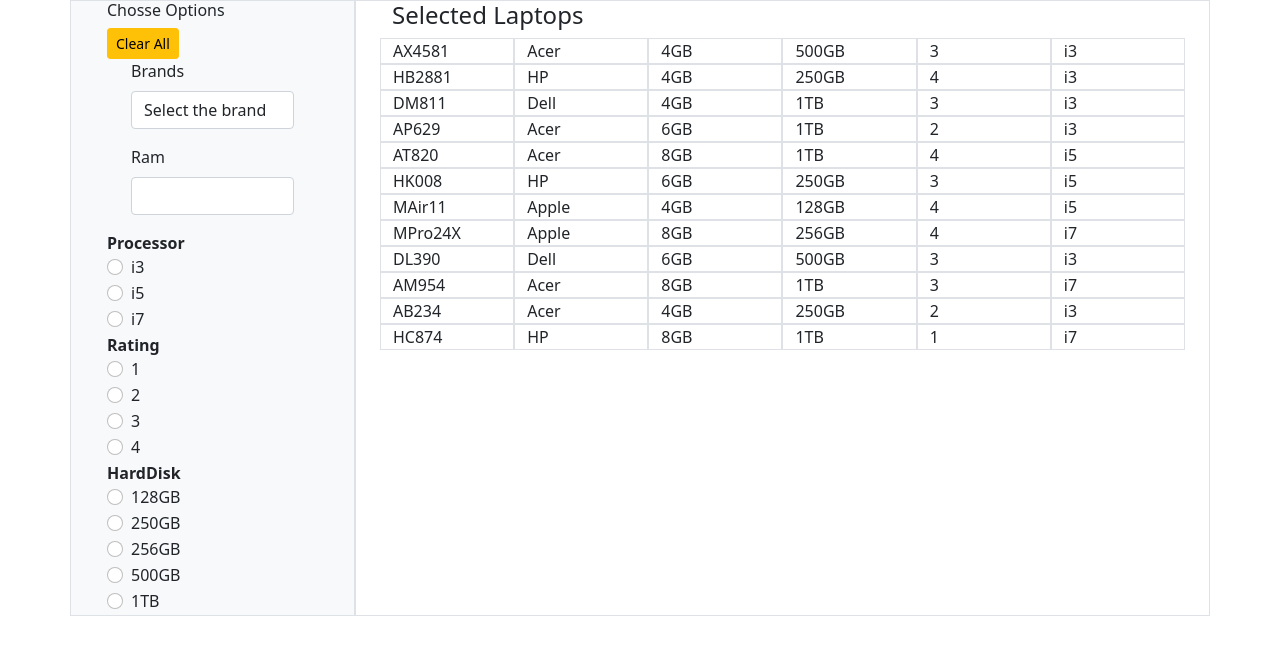
Repository: Sanjayjangra88/combo_app
Page: /
The author's editor kept a copy of each file at every save. The page is drawn from the files as they stood at one save, then again after the next save.
The browser window is 1280 px wide. The pictures show the whole page.
Some web libraries are served in a nearby version. The project was rebuilt for these pictures with package versions that can differ from the ones it lists, and the page was loaded fresh each time. Also part of the build but not shown: src/App.js.

Above is the page before, as saved 2022-06-03 16:25:25.

### public/index.html
<!DOCTYPE html>
<html lang="en">
  <head>
    <meta charset "UTF-8" />
    <link rel="icon" href="%PUBLIC_URL%/favicon.ico" />
    <meta name="viewport" content="width=device-width, initial-scale=1" />
    <meta name="theme-color" content="#000000" />
    <meta
      name="description"
      content="Web site created using create-react-app"
    />
    <link rel="apple-touch-icon" href="%PUBLIC_URL%/logo192.png" />
    <!--
      manifest.json provides metadata used when your web app is installed on a
      user's mobile device or desktop. See https://developers.google.com/web/fundamentals/web-app-manifest/
    -->
    <link rel="manifest" href="%PUBLIC_URL%/manifest.json" />
    <link href="https://cdn.jsdelivr.net/npm/bootstrap@5.0.2/dist/css/bootstrap.min.css" rel="stylesheet" integrity="sha384-EVSTQN3/azprG1Anm3QDgpJLIm9Nao0Yz1ztcQTwFspd3yD65VohhpuuCOmLASjC" crossorigin="anonymous">
    <!--
      Notice the use of %PUBLIC_URL% in the tags above.
      It will be replaced with the URL of the `public` folder during the build.
      Only files inside the `public` folder can be referenced from the HTML.

      Unlike "/favicon.ico" or "favicon.ico", "%PUBLIC_URL%/favicon.ico" will
      work correctly both with client-side routing and a non-root public URL.
      Learn how to configure a non-root public URL by running `npm run build`.
    -->
    <!-- Bootstrap CSS -->
    <link rel="stylesheet" href="https://cdn.jsdelivr.net/npm/bootstrap@4.0.0/dist/css/bootstrap.min.css" integrity="sha384-Gn5384xqQ1aoWXA+058RXPxPg6fy4IWvTNh0E263XmFcJlSAwiGgFAW/dAiS6JXm" crossorigin="anonymous">

    <title>React App</title>
  </head>
  <body>
    <noscript>You need to enable JavaScript to run this app.</noscript>
    <div id="root"></div>
    <script src="https://kit.fontawesome.com/9e06ebf41f.js" crossorigin="anonymous"></script>
    <!--
      This HTML file is a template.
      If you open it directly in the browser, you will see an empty page.

      You can add webfonts, meta tags, or analytics to this file.
      The build step will place the bundled scripts into the <body> tag.

      To begin the development, run `npm start` or `yarn start`.
      To create a production bundle, use `npm run build` or `yarn build`.
    -->
    <script src="https://code.jquery.com/jquery-3.2.1.slim.min.js" integrity="sha384-KJ3o2DKtIkvYIK3UENzmM7KCkRr/rE9/Qpg6aAZGJwFDMVNA/GpGFF93hXpG5KkN" crossorigin="anonymous"></script>
    <script src="https://cdn.jsdelivr.net/npm/popper.js@1.12.9/dist/umd/popper.min.js" integrity="sha384-ApNbgh9B+Y1QKtv3Rn7W3mgPxhU9K/ScQsAP7hUibX39j7fakFPskvXusvfa0b4Q" crossorigin="anonymous"></script>
    <script src="https://cdn.jsdelivr.net/npm/bootstrap@4.0.0/dist/js/bootstrap.min.js" integrity="sha384-JZR6Spejh4U02d8jOt6vLEHfe/JQGiRRSQQxSfFWpi1MquVdAyjUar5+76PVCmYl" crossorigin="anonymous"></script>
  </body>
</html>

### src/index.js
import React from 'react';
import ReactDOM from 'react-dom';
import './index.css';
import App from './App';
import reportWebVitals from './reportWebVitals';
import 'bootstrap/dist/css/bootstrap.min.css';

import DropDown4 from './Components/dropDown4';

ReactDOM.render(
  <React.StrictMode>
    <DropDown4/>
  </React.StrictMode>,
  document.getElementById('root')
);

// If you want to start measuring performance in your app, pass a function
// to log results (for example: reportWebVitals(console.log))
// or send to an analytics endpoint. Learn more: https://bit.ly/CRA-vitals
reportWebVitals();

### src/Components/dropDown4.jsx
import React, { Component } from 'react'
import LeftPanel from './leftPanel'

export class dropDown4 extends Component {
    state={
        laptops:[
            {model:"AX4581",brand:"Acer",ram:"4GB",hardDisk:"500GB",rating:"3",processor:"i3"},
            {model:"HB2881",brand:"HP",ram:"4GB",hardDisk:"250GB",rating:"4",processor:"i3"},
            {model:"DM811",brand:"Dell",ram:"4GB",hardDisk:"1TB",rating:"3",processor:"i3"},
            {model:"AP629",brand:"Acer",ram:"6GB",hardDisk:"1TB",rating:"2",processor:"i3"},
            {model:"AT820",brand:"Acer",ram:"8GB",hardDisk:"1TB",rating:"4",processor:"i5"},
            {model:"HK008",brand:"HP",ram:"6GB",hardDisk:"250GB",rating:"3",processor:"i5"},
            {model:"MAir11",brand:"Apple",ram:"4GB",hardDisk:"128GB",rating:"4",processor:"i5"},
            {model:"MPro24X",brand:"Apple",ram:"8GB",hardDisk:"256GB",rating:"4",processor:"i7"},
            {model:"DL390",brand:"Dell",ram:"6GB",hardDisk:"500GB",rating:"3",processor:"i3"},
            {model:"AM954",brand:"Acer",ram:"8GB",hardDisk:"1TB",rating:"3",processor:"i7"},
            {model:"AB234",brand:"Acer",ram:"4GB",hardDisk:"250GB",rating:"2",processor:"i3"},
            {model:"HC874",brand:"HP",ram:"8GB",hardDisk:"1TB",rating:"1",processor:"i7"},
            ],
            optionArry:{
                brand:["Acer","HP","Dell","Apple"],
                ram:["4GB","6GB","8GB"],
                rating:["1","2","3","4"],
                processor:["i3","i5","i7"],
                hardDisk: ["128GB","250GB","256GB","500GB","1TB"]
            },
                optionSell:{
                    brand:[],
                    ram:[],
                    rating:"",
                    processor:"",
                    hardDisk:"",

                }

    }
    showLaptops=()=>{
        let s1={...this.state};
        const{laptops,optionSell}=this.state;
        const{brand,ram,processor,rating,hardDisk}=optionSell;
        const laptop1 =
        brand.length > 0
         ? laptops.filter((ele) => ele.brand===brand )
         : laptops;

        const laptop2 =
         ram.length>0
         ? laptop1.filter((ele)=>ele.ram===ram)
         : laptop1;

        const laptop3 =
         processor.length>0
         ? laptop2.filter((ele)=>ele.processor===processor)
         : laptop2;

        const laptop4 =
         rating.length>0
         ? laptop3.filter((ele)=>ele.rating === rating)
         : laptop3;
        const laptop5 =
         hardDisk.length>0
         ? laptop4.filter((ele)=>ele.hardDisk === hardDisk)
         : laptop4;

        return(
            <div className="container">
                <h4>Selected Laptops</h4>
                {laptop5.map((ele)=>(
                    <div className="row">
                        <div className="col-2 border">{ele.model}</div>
                        <div className="col-2 border">{ele.brand}</div>
                        <div className="col-2 border">{ele.ram}</div>
                        <div className="col-2 border">{ele.hardDisk}</div>
                        <div className="col-2 border">{ele.rating}</div>
                        <div className="col-2 border">{ele.processor}</div>
                    </div>
                ))}
            </div>
        );
         }
    remove=()=>{
     let s1={...this.state};
     s1.optionSell= {
        brand:[],
        ram:[],
        rating:"",
        processor:"",
        hardDisk:"",
    }
    this.setState(s1)
    }
    handelChangeOptions=(optionSell)=>{
        let s1={...this.state};
        s1.optionSell= optionSell
        this.setState(s1)
     }
  render() {
      const{optionArry,optionSell}=this.state;
      const{brand,ram}=optionSell;
    //   console.log(brand);
    return (
      <div className='container'>
          <div className="row">
              <div className="col-3 border bg-light">
                  <LeftPanel optionArry={optionArry}optionSell={optionSell}onChangeOptions={this.handelChangeOptions}remove={this.remove}brand={brand}ram={ram}/>
              </div>
              <div className="col-9 border">{this.showLaptops()}</div>
          </div>
      </div>
    )
  }
}

export default dropDown4

### src/App.css
*{
  margin: 0;
  padding: 0;
}
.slidebar{
  position: absolute;
  background-color: rgb(168, 165, 165);
  height: 100vh;
  width: 30vh;
  margin-right: 5px;
  transition: transform 0.3s ease-in;


}
.slidebar  li a{
  text-decoration: none;
  color:white;
}
.slidebar  li{
  list-style: none;
  font-size: 20px;
  padding: 13px 0;
  color:white;
}
.box{
  margin-left: 32vh;
}
div.d-flex.justify-content-between{
  margin-left: 30vh;
}

.th1{
  background-color: black;
  color: white;
  border: 1px solid black;
  text-align: center;
  padding-left: 15px;
  padding-right: 15px;
}
.col1 {
  border: 1px solid black;
  text-align: center;
  padding-left: 15px;
  padding-right: 15px;
}

### src/Components/leftPanel.jsx
import React, { Component } from 'react'

export class leftPanel extends Component {

  render() {
      const{optionArry,optionSell,remove,brand,ram}=this.props;
      console.log(brand);

    //   console.log(optionSell)
    return (
      <div className='container'>
          <h6>Chosse Options</h6>
          <button className="btn btn-warning btn-sm" onClick={remove}>Clear All</button><br/>
          <div className="container">
         <div className="form-group">
         <label>Brands</label>
         <select className="form-control"name="brand"id="brand"value={brand}onChange={this.handelChange}>
        <option disabled value="">Select the brand</option>
        {optionArry.brand.map((ele)=><option>{ele}</option>)}
          </select>
          </div>
              </div>
       {/* {this.showCheckBoxes("Brands",optionArry.brand,"brand",optionSell.brand)} */}
          {this.showDrop("Ram",optionArry.ram,"ram",ram)}
          {this.showRadios("Processor",optionArry.processor,"processor",optionSell.processor)}
          {this.showRadios("Rating",optionArry.rating,"rating",optionSell.rating)}
          {this.showRadios("HardDisk",optionArry.hardDisk,"hardDisk",optionSell.hardDisk)}
      </div>
    )
  }
  handelChange=(e)=>{
      let s1={ ...this.props.optionSell };
      let s2={ ...this.props.brand };
      const{ currentTarget: input }=e;
    //   input.name==="brand"
    //   ? (s1.brand = this.upDateCBs(input.checked,input.value,s1.brand))
    //   :
    //     input.name === "ram"
    //   ? (s1.ram = this.upDateCBs(input.checked,input.value,s1.ram))
    //   :
    (s1[input.name] = input.value);
      this.props.onChangeOptions(s1);
  }
  upDateCBs=(checked,value,arr)=>{
      if(checked) arr.push(value)
      else{
          let index = arr.findIndex((ele)=>ele===value);
          if(index>=0) arr.splice(index,1);
      }
      return arr;

  }
  showCheckBoxes=(label,arr,name,selArr)=>{
      return(
          <React.Fragment>
              <label className='form-check-label font-weight-bold'>{label}</label>
              {arr.map((ele,index)=>(
                  <div className="form-check">
                      <input
                       className='form-check-input'
                       value={ele}
                       type="checkbox"
                       name={name}
                       checked={selArr.findIndex((st)=>st===ele)>=0}
                       onChange={this.handelChange}
                      />
                      <label className='form-check-label'>{ele}</label>
                  </div>
              ))}
          </React.Fragment>
      )
  }
  showRadios=(label,arr,name,selVal)=>{
      return(
          <React.Fragment>
                 <label className="form-check-label font-weight-bold">{label}</label><br/>
                {arr.map((ele)=>(
                     <div className="form-check ">
                     <input
                     className="form-check-input"
                     type="radio"
                     name={name}
                     value={ele}
                     checked={selVal===ele}
                     onChange={this.handelChange}/>
                     <label className="form-check-label">{ele}</label>
                 </div>
                ))}
          </React.Fragment>
      )
  }
  showDrop=(label,arr,name,ram)=>{
      return(
          <React.Fragment>
          <div className="container">
         <div className="form-group">
         <label>{label}</label>
         <select className="form-control"name={name}value={ram}onChange={this.handelChange}>
        <option disabled value="">{ram}</option>
        {arr.map((ele)=><option>{ele}</option>)}
          </select>
          </div>
              </div>

          </React.Fragment>
      )
  }

}

export default leftPanel

Loaded but not shown: src/index.css (common file); src/reportWebVitals.js (common file)

After the next save:
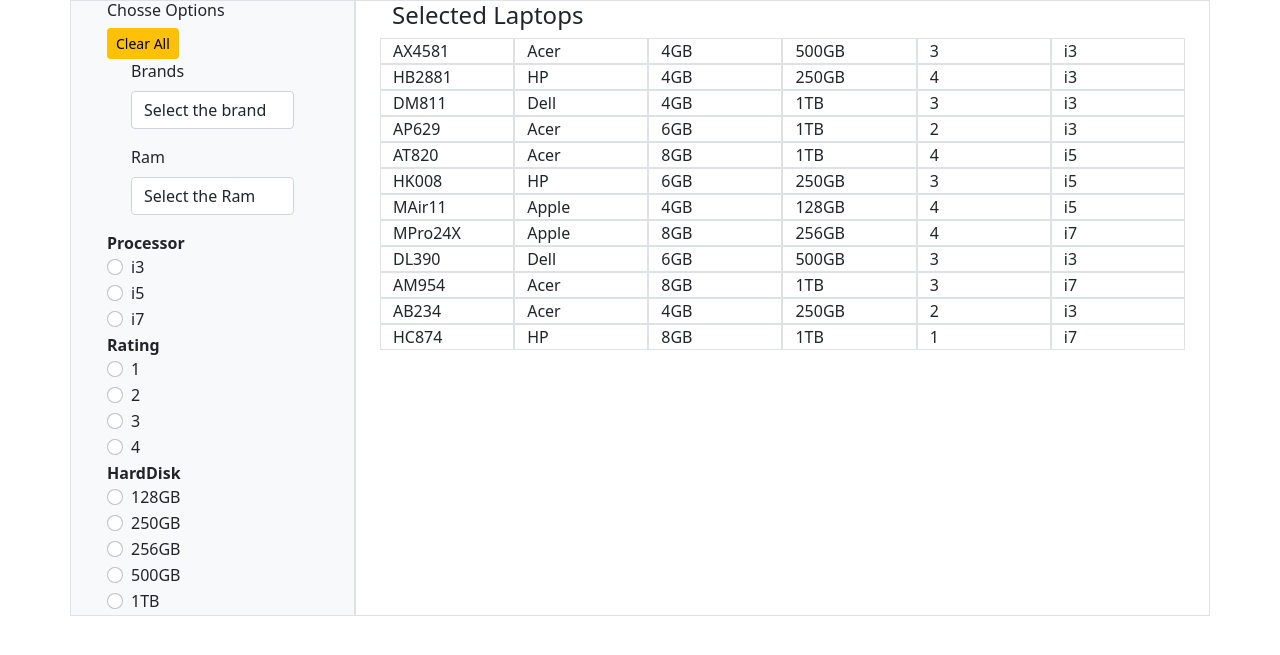
Saved 28 s later.
--- a/src/Components/leftPanel.jsx
+++ b/src/Components/leftPanel.jsx
@@ -96,7 +96,7 @@ export class leftPanel extends Component {
          <div className="form-group">
          <label>{label}</label>
          <select className="form-control"name={name}value={ram}onChange={this.handelChange}>
-        <option disabled value="">{ram}</option>
+        <option disabled value="">Select the Ram</option>
         {arr.map((ele)=><option>{ele}</option>)}
           </select>
           </div>
